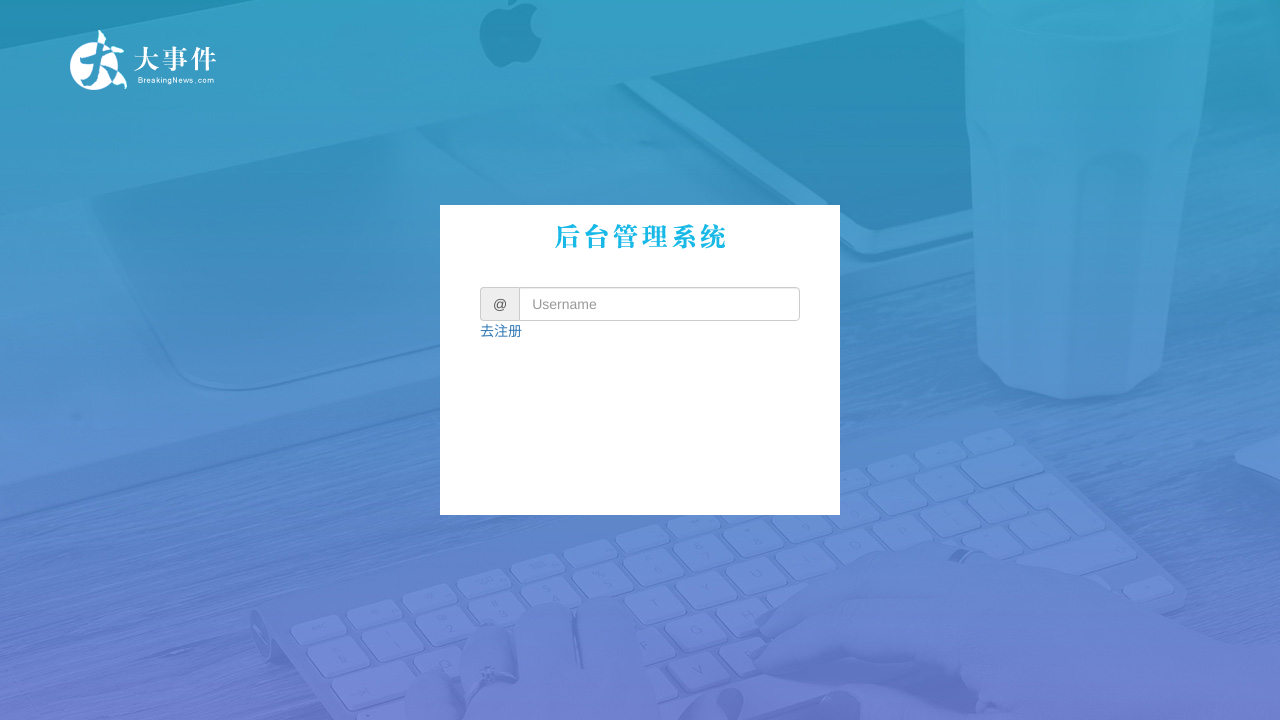
Repository: pursuit-YHP/project_dashijian
Page: login.html
An editor plug-in stored every save of this project. The page is shown before and after the next save, followed by the edit.
The browser window is 1280 px wide. The pictures show the whole page.
The style sheet was rebuilt from its Sass, Less or Tailwind sources for each picture, by a compiler version that may differ from the author's.

Above is the page before, as saved 2022-03-13 16:00:28.

### login.html
<!DOCTYPE html>
<html lang="en">

<head>
    <meta charset="UTF-8">
    <meta http-equiv="X-UA-Compatible" content="IE=edge">
    <meta name="viewport" content="width=device-width, initial-scale=1.0">
    <title>大事件-登录-注册</title>
    <link rel="stylesheet" href="./assets/lib/layui/css/layui.css">
    <link rel="stylesheet" href="/assets/css/login.css">
    <link rel="stylesheet" href="/assets/lib/bootstrap.css">
</head>

<body>
    <!-- logo区域 -->
    <div class="layui-main">
        <img src="/assets/images/logo.png" alt="">
    </div>

    <!-- 登录模态框 -->
    <div class="loginANDreg">
        <!-- 头部区域 -->
        <div class="loginANDreg_head">
        </div>

        <div class="loginANDreg_w">
            <!-- 登录 -->
            <div class="login">
                <form action="">
                    <div class="input-group">
                        <span class="input-group-addon" id="basic-addon1">@</span>
                        <input type="text" class="form-control" placeholder="Username" aria-describedby="basic-addon1">
                    </div>
                </form>
                <a href="javascript:;" id="login_a">去注册</a>
            </div>

            <!-- 注册 -->
            <div class="reg">
                <a href="javascript:;" id="reg_a">已有帐号？去登录</a>
            </div>
        </div>
    </div>



    <script src="./assets/lib/jquery.js"></script>
    <script src="./assets/js/login.js"></script>
</body>

</html>

### assets/js/login.js
$(function() {
    // 注册链接点击事件
    $('#login_a').on('click', function() {
        $('.login').hide()
        $('.reg').show()
    })
    $('#reg_a').on('click', function() {
            $('.reg').hide()
            $('.login').show()
        })
        // 登录链接点击事件

})

### assets/css/login.less
body{
    width: 100%;
    height: 100%;
    background: url(../images/login_bg.jpg) no-repeat;
    background-size: cover;
}

.layui-main{
    img{
        margin-top: 30px;
    }
}

.loginANDreg{
    width: 400px;
    height: 310px;
    background-color: white;
    position: absolute;
    top: 50%;
    left: 50%;
    transform: translate(-50%,-50%);
    .loginANDreg_head{
        width: 100%;
        height: 20%;
        background: url(../images/login_title.png) no-repeat center;
    }
    .loginANDreg_w{
        width: 80%;
        margin: 20px auto;

        .reg{
            display : none;
        }
    }
    a{
        text-align: center;
    }

}

Loaded but not shown: assets/lib/layui/css/layui.css (library); assets/lib/bootstrap.css (library); assets/lib/jquery.js (library)

After the next save:
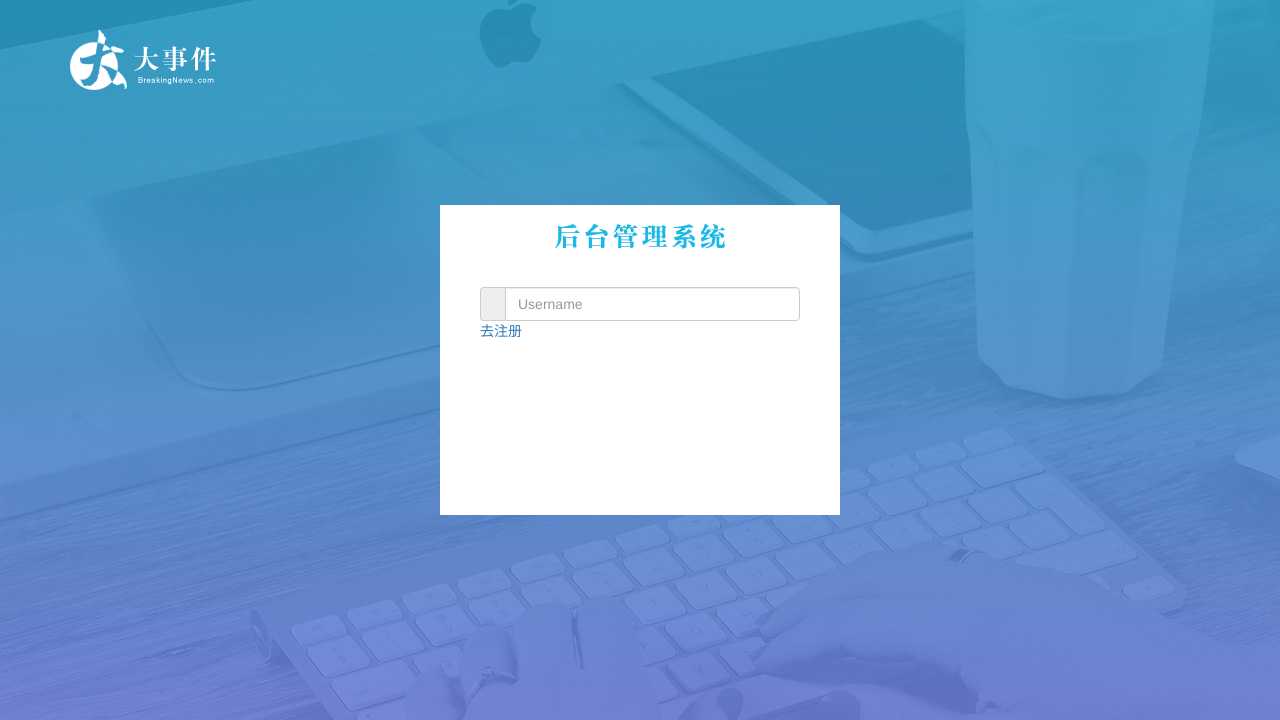
Saved 106 s later.
--- a/login.html
+++ b/login.html
@@ -28,7 +28,7 @@
             <div class="login">
                 <form action="">
                     <div class="input-group">
-                        <span class="input-group-addon" id="basic-addon1">@</span>
+                        <span class="input-group-addon" id="basic-addon1" class="'glyphicon glyphicon-eye-open"></span>
                         <input type="text" class="form-control" placeholder="Username" aria-describedby="basic-addon1">
                     </div>
                 </form>

After the save that followed:
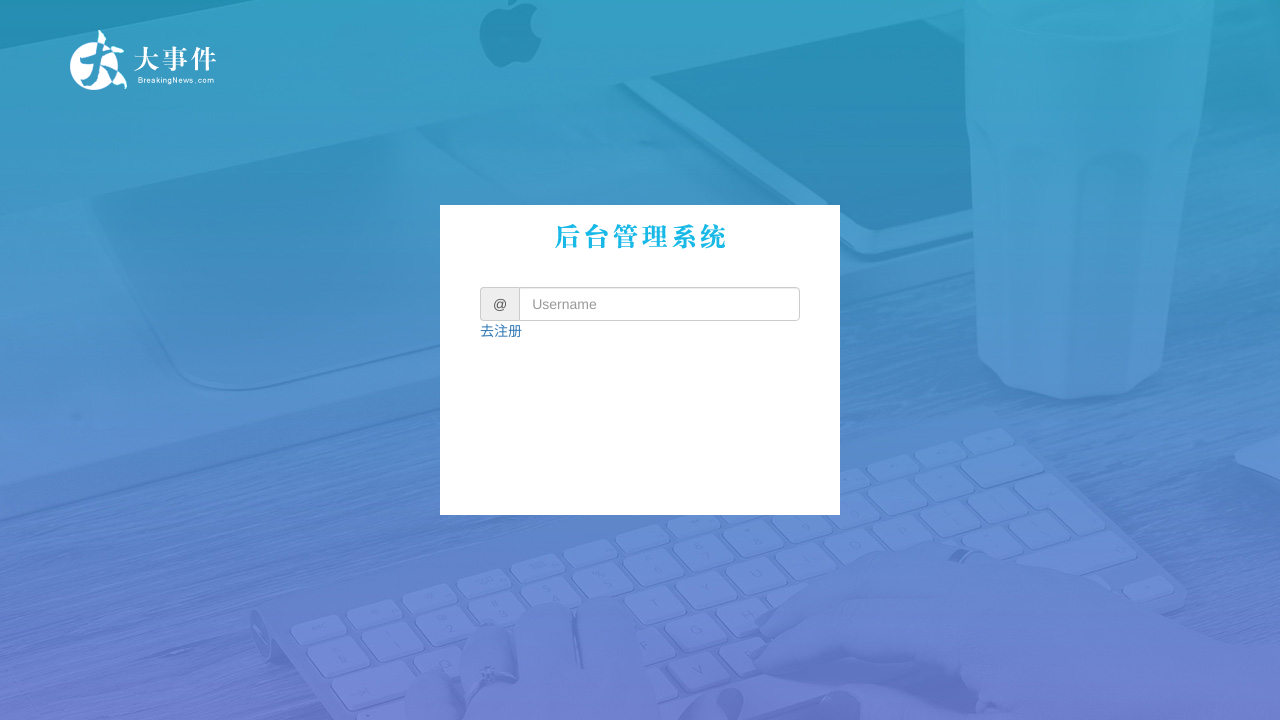
Saved 29 s later.
--- a/login.html
+++ b/login.html
@@ -28,7 +28,7 @@
             <div class="login">
                 <form action="">
                     <div class="input-group">
-                        <span class="input-group-addon" id="basic-addon1" class="'glyphicon glyphicon-eye-open"></span>
+                        <span class="input-group-addon" id="basic-addon1">@</span>
                         <input type="text" class="form-control" placeholder="Username" aria-describedby="basic-addon1">
                     </div>
                 </form>
